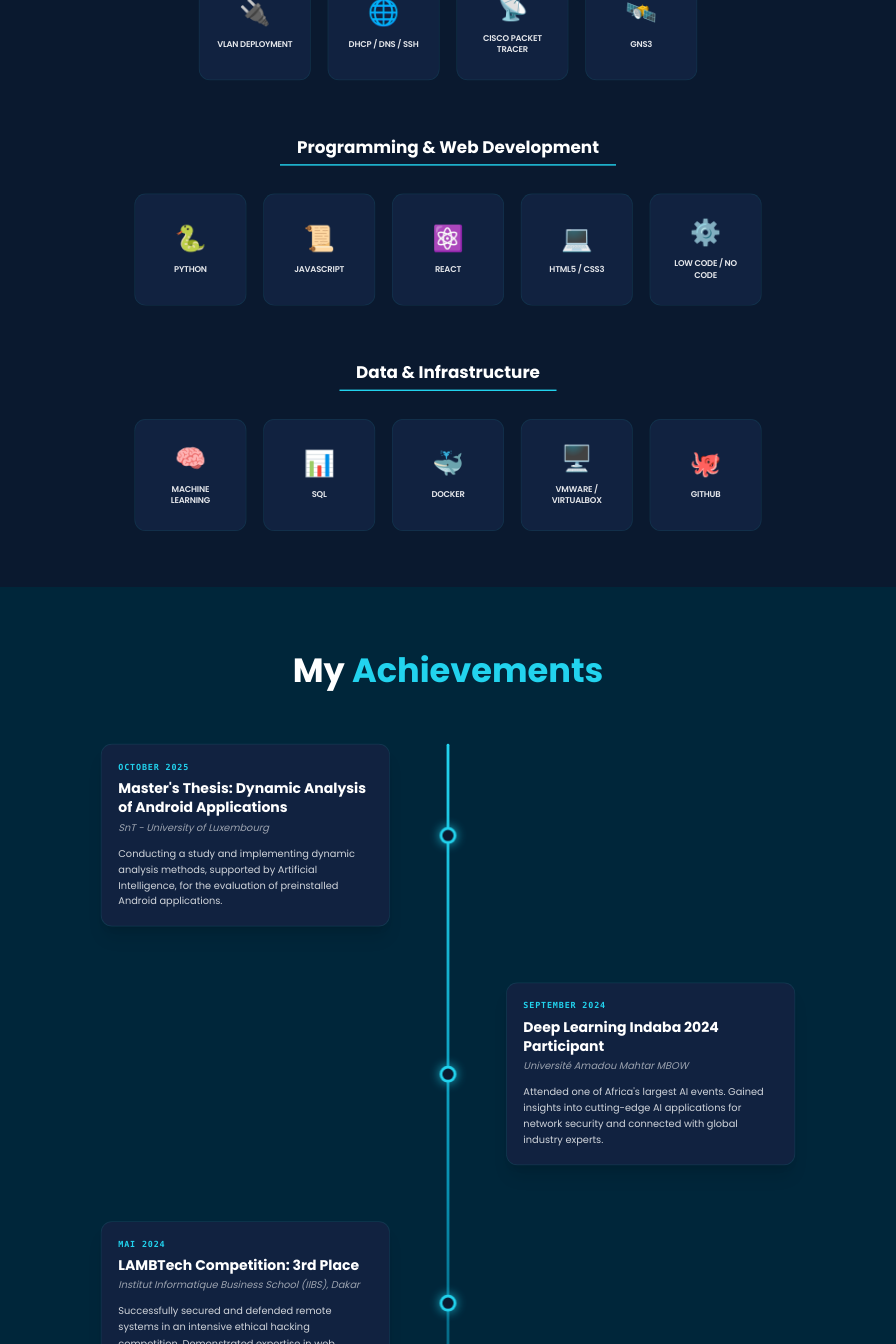
Repository: AntaaaKD/Mon-Portfolio
Page: /
An editor plug-in stored every save of this project. The page is shown before and after a run of saves, followed by the edit.
The browser window is 1280 px wide. The pictures show the part of the page from y = 2062 to 3982 px (the page is 4860 px tall), at 70% of full size.
The project was rebuilt for these pictures with package versions that can differ from the ones it lists, and the page was loaded fresh each time.

Above is the page before, as saved 2026-01-15 00:09:58.

### public/index.html
<!DOCTYPE html>
<html lang="en">
  <link href="https://fonts.googleapis.com/css2?family=Poppins:wght@400;600;700&display=swap" rel="stylesheet">
  <head>
    <meta charset="utf-8" />
    <link rel="icon" href="%PUBLIC_URL%/favicon.ico" />
    <meta name="viewport" content="width=device-width, initial-scale=1" />
    <meta name="theme-color" content="#000000" />
    <meta
      name="description"
      content="Web site created using create-react-app"
    />
    <link rel="apple-touch-icon" href="%PUBLIC_URL%/logo192.png" />
    <!--
      manifest.json provides metadata used when your web app is installed on a
      user's mobile device or desktop. See https://developers.google.com/web/fundamentals/web-app-manifest/
    -->
    <link rel="manifest" href="%PUBLIC_URL%/manifest.json" />
    <!--
      Notice the use of %PUBLIC_URL% in the tags above.
      It will be replaced with the URL of the `public` folder during the build.
      Only files inside the `public` folder can be referenced from the HTML.

      Unlike "/favicon.ico" or "favicon.ico", "%PUBLIC_URL%/favicon.ico" will
      work correctly both with client-side routing and a non-root public URL.
      Learn how to configure a non-root public URL by running `npm run build`.
    -->
    <title>React App</title>
  </head>
  <body>
    <noscript>You need to enable JavaScript to run this app.</noscript>
    <div id="root"></div>
    <!--
      This HTML file is a template.
      If you open it directly in the browser, you will see an empty page.

      You can add webfonts, meta tags, or analytics to this file.
      The build step will place the bundled scripts into the <body> tag.

      To begin the development, run `npm start` or `yarn start`.
      To create a production bundle, use `npm run build` or `yarn build`.
    -->
  </body>
</html>

### src/index.css
@tailwind base;
@tailwind components;
@tailwind utilities;

body {
  margin: 0;
  font-family: 'Poppins', sans-serif;
  -webkit-font-smoothing: antialiased;
  -moz-osx-font-smoothing: grayscale;
}

code {
  font-family: source-code-pro, Menlo, Monaco, Consolas, 'Courier New',
    monospace;
}

### src/App.js
import React from 'react';
import Navbar from './components/Navbar';
import Home from './components/Home';  // Ajoute cet import
import About from './components/About';
import Skills from './components/Skills';
import Achievements from './components/Achievements';

function App() {
  return (
    <div className="min-h-screen bg-custom-blue text-white">
      <Navbar />
      <main>
        <Home />  {/* Remplace le placeholder */}
        <About />
        <Skills />
        <Achievements />
        <section id="projects" className="py-16">Placeholder Projets</section>
        <section id="contact" className="py-16">Placeholder Contact</section>
      </main>
    </div>
  );
}

export default App;

### src/components/Navbar.jsx
import React, { useState, useEffect } from 'react';

const Navbar = () => {
  const [scrolled, setScrolled] = useState(false);

  useEffect(() => {
    const handleScroll = () => {
      if (window.scrollY > 50) {
        setScrolled(true);
      } else {
        setScrolled(false);
      }
    };

    window.addEventListener('scroll', handleScroll);
    return () => window.removeEventListener('scroll', handleScroll);
  }, []);

  return (
    <nav
        className={`p-4 sticky top-0 z-10 transition-all duration-300 ${
            scrolled
            ? 'bg-custom-blue bg-opacity-0 backdrop-blur-md'  // Semi-transparent (30%) + blur fort
            : 'bg-custom-blue'  // Bleu solide au top
        }`}
    >
        <div className="container mx-auto flex justify-between items-center">
            <h1 className="text-xl font-bold text-blue-text">AD</h1>
            <ul className="flex space-x-6 text-white">
            <li><a href="#home" className="hover:text-cyan-300">Home</a></li>
            <li><a href="#about" className="hover:text-cyan-300">About</a></li>
            <li><a href="#skills" className="hover:text-cyan-300">Skills</a></li>
            <li><a href="#achievements" className="hover:text-cyan-300">Achievements</a></li>
            <li><a href="#projects" className="hover:text-cyan-300">Projects</a></li>
            <li><a href="#contact" className="hover:text-cyan-300">Contact</a></li>
            </ul>
        </div>
    </nav>
  );
};

export default Navbar;

### src/components/Home.jsx
import React, { useEffect, useRef } from 'react';
import Typed from 'typed.js';

const Home = () => {
  // Création d'une référence pour l'élément qui accueillera l'animation
  const el = useRef(null);

  useEffect(() => {
    const typed = new Typed(el.current, {
      strings: [
        "Cybersecurity Engineer",
        "Founder of Sa Muse",
      ],
      typeSpeed: 100,
      backSpeed: 90,
      loop: true,
    });

    // Nettoyage de l'animation pour éviter les bugs de mémoire
    return () => {
      typed.destroy();
    };
  }, []);

  return (
    <section id="home" className="flex flex-col items-center justify-center h-screen text-center px-4">
      <h1 className="text-6xl font-bold mb-4">
        Hi, I'm <span className="text-blue-text">Anta DIOP</span>
      </h1>

      {/* On applique la ref ici pour l'animation */}
      <h2 className="text-2xl font-bold text-cyan-400 mb-6 h-8">
        <span ref={el}></span>
      </h2>

      <p className="text-lg mb-8 max-w-2xl">
        A Cybersecurity Engineer, I am passionate about analyzing, protecting, and detecting threats across systems and networks.
        I am also particularly interested in artificial intelligence applied to cybersecurity, a field that offers highly promising perspectives.
      </p>

      <div className="flex space-x-4">
        <a href="#projects" className="bg-blue-text text-lg px-6 py-3 rounded-full hover:bg-cyan-400 transition">
            View my Projects
        </a>
        <a href="/cv.pdf" download className="px-6 py-3 rounded-full border border-cyan-500 text-lg hover:bg-cyan-500 hover:text-custom-blue transition">
            Download CV
        </a>
      </div>
    </section>
  );
};

export default Home;

### src/components/About.jsx
import React from 'react';

const About = () => {
  return (
    <section id="about" className="py-20 px-4 bg-custom-blue text-white">
      <div className="max-w-6xl mx-auto">
        {/* Titre de la section */}
        <h2 className="text-4xl font-bold text-center mb-16">
          About <span className="text-cyan-400">Me</span>
        </h2>

        <div className="flex flex-col md:flex-row items-center justify-between gap-12">

          {/* Colonne Image avec l'effet de halo bleu */}
          <div className="relative w-64 h-64 md:w-80 md:h-80">
            <div className="absolute inset-0 rounded-full bg-cyan-400 opacity-20 blur-2xl animate-pulse"></div>
            <div className="relative w-full h-full rounded-full border-4 border-cyan-400 overflow-hidden shadow-[0_0_20px_rgba(34,211,238,0.5)]">
              <img
                src="/image1.png"
                alt="Anta DIOP"
                className="w-full h-full object-cover"
              />
            </div>
          </div>

          {/* Colonne Texte */}
          <div className="flex-1 text-center md:text-left">
            <h3 className="text-xl mb-4">
              Hello, I'm <span className="text-cyan-400 font-bold">Anta DIOP</span>
            </h3>
            <p className="text-gray-300 mb-6 leading-relaxed">
              I am a Cybersecurity Systems Engineer, graduated from the École Supérieure Polytechnique of Dakar.
              My journey began with a degree in Telecoms and Networks, leading me to specialize in IT Security.
              I am also deeply interested in Artificial Intelligence, especially its role in enhancing cybersecurity.
            </p>
            <p className="text-gray-300 mb-8 leading-relaxed">
              Alongside my engineering path, I founded <span className="text-cyan-400 font-bold"> Sa Muse: Awaken the muse within you</span>.
              What started as a creative hobby: crochet, evolved into a bespoke clothing business. This venture allows me to channel my creativity while managing an entrepreneurial project I truly love.
            </p>

            {/* Cartes de statistiques (comme sur le modèle) */}
            <div className="flex flex-wrap justify-center md:justify-start gap-4">
              <div className="bg-[#112240] p-4 rounded-xl border border-cyan-900 w-40">
                <p className="text-cyan-400 font-bold text-xl">4+ years</p>
                <p className="text-xs text-gray-400">Experience</p>
              </div>
              <div className="bg-[#112240] p-4 rounded-xl border border-cyan-900 w-40">
                <p className="text-cyan-400 font-bold text-xl">7+ projects</p>
                <p className="text-xs text-gray-400">Completed</p>
              </div>
              <div className="bg-[#112240] p-4 rounded-xl border border-cyan-900 w-40">
                <p className="text-cyan-400 font-bold text-xl">Graduate</p>
                <p className="text-xs text-gray-400">Engineer</p>
              </div>
            </div>
          </div>

        </div>
      </div>
    </section>
  );
};

export default About;

### src/components/Skills.jsx
import React from 'react';

const Skills = () => {
  const skillCategories = [
    {
      domain: "Cybersecurity & OS",
      tools: [
        { name: 'Scan & Pentest Tools', icon: '🛡️' },
        { name: 'Kali / Ubuntu Linux', icon: '🐧' },
        { name: 'Windows Server', icon: '🗄️' },
        { name: 'Metasploit', icon: '🛡️' },
        { name: 'Wireshark', icon: '🦈' }
      ]
    },
    {
      domain: "Networks & Simulation",
      tools: [
        { name: 'VLAN Deployment', icon: '🔌' },
        { name: 'DHCP / DNS / SSH', icon: '🌐' },
        { name: 'Cisco Packet Tracer', icon: '📡' },
        { name: 'GNS3', icon: '🛰️' }
      ]
    },
    {
      domain: "Programming & Web Development",
      tools: [
        { name: 'Python', icon: '🐍' },
        { name: 'JavaScript', icon: '📜' },
        { name: 'React', icon: '⚛️' },
        { name: 'HTML5 / CSS3', icon: '💻' },
        { name: 'Low Code / No Code', icon: '⚙️' },
      ]
    },
    {
      domain: "Data & Infrastructure",
      tools: [
        { name: 'Machine Learning', icon: '🧠' },
        { name: 'SQL', icon: '📊' },
        { name: 'Docker', icon: '🐳' },
        { name: 'VMware / Virtualbox', icon: '🖥️' },
        { name: 'GitHub', icon: '🐙' }
      ]
    }
  ];

  return (
    <section id="skills" className="py-20 bg-[#0a192f] text-white">
      <div className="max-w-6xl mx-auto px-4">
        <h2 className="text-5xl font-bold text-center mb-20 text-cyan-400 uppercase tracking-widest">
          Skills & <span className="text-white">Technologies</span>
        </h2>

        <div className="space-y-20">
          {skillCategories.map((category, idx) => (
            <div key={idx} className="flex flex-col items-center">
              {/* Titre du domaine bien centré */}
              <h3 className="text-2xl font-bold mb-10 text-white border-b-2 border-cyan-400 pb-2 px-6">
                {category.domain}
              </h3>

              {/* Grille des outils centrée */}
              <div className="flex flex-wrap justify-center gap-6 w-full">
                {category.tools.map((tool, index) => (
                  <div
                    key={index}
                    className="bg-[#112240] p-6 rounded-2xl border border-cyan-900/40 flex flex-col items-center justify-center w-40 h-40 transition-all duration-300 hover:border-cyan-400 hover:-translate-y-2 hover:shadow-[0_0_20px_rgba(34,211,238,0.15)] group"
                  >
                    <div className="text-4xl mb-4 group-hover:scale-110 transition-transform">
                      {tool.icon}
                    </div>
                    <h4 className="text-xs font-semibold text-gray-200 text-center uppercase tracking-tight">
                      {tool.name}
                    </h4>
                  </div>
                ))}
              </div>
            </div>
          ))}
        </div>
      </div>
    </section>
  );
};

export default Skills;

### src/components/Achievements.jsx
import React from 'react';

const Achievements = () => {
  const achievements = [
    {
      date: "October 2025",
      title: "Master's Thesis: Dynamic Analysis of Android Applications ",
      institution: "SnT - University of Luxembourg",
      description: "Conducting a study and implementing dynamic analysis methods, supported by Artificial Intelligence, for the evaluation of preinstalled Android applications.",
    },
    {
      date: "September 2024",
      title: "Deep Learning Indaba 2024 Participant",
      institution: "Université Amadou Mahtar MBOW",
      description: "Attended one of Africa's largest AI events. Gained insights into cutting-edge AI applications for network security and connected with global industry experts.",
    },
    {
      date: "Mai 2024",
      title: "LAMBTech Competition: 3rd Place",
      institution: "Institut Informatique Business School (IIBS), Dakar",
      description: "Successfully secured and defended remote systems in an intensive ethical hacking competition. Demonstrated expertise in web vulnerability exploitation and team leadership.",
    },
    {
      date: "June 2022 - July 2022",
      title: "Undergraduate Project: Network Security Hardening",
      institution: "École Supérieure Polytechnique de Dakar (ESP)",
      description: "Architected a secure infrastructure using Cisco technologies, implementing ACLs, encrypted VPN tunnels, and robust AAA authentication mechanisms.",
    }
  ];

return (
    <section id="achievements" className="w-full py-24 bg-transparent text-white">
      <div className="max-w-5xl mx-auto px-4">

        <div className="text-center mb-20">
          <h2 className="text-5xl font-extrabold">
            My <span className="text-cyan-400">Achievements</span>
          </h2>
        </div>

        {/* Conteneur de la Timeline */}
        <div className="relative">

          {/* LA LIGNE EN DÉGRADÉ : Centrée à gauche */}
          <div className="absolute left-4 md:left-1/2 transform md:-translate-x-1/2 w-1 h-full bg-gradient-to-b from-cyan-400 via-cyan-600 to-transparent rounded-full"></div>

          {achievements.map((item, index) => (
            <div key={index} className={`relative flex items-center justify-between mb-20 w-full ${index % 2 === 0 ? 'md:flex-row-reverse' : 'md:flex-row'}`}>

              {/* L'ESPACE VIDE (pour le côté opposé à la carte sur desktop) */}
              <div className="hidden md:block w-5/12"></div>

              {/* LE POINT : Parfaitement centré sur la ligne */}
              <div className="absolute left-4 md:left-1/2 transform -translate-x-1/2 w-6 h-6 rounded-full bg-[#0a192f] border-4 border-cyan-400 z-20 shadow-[0_0_15px_rgba(34,211,238,0.8)]">
                <div className="w-full h-full rounded-full animate-ping bg-cyan-400 opacity-20"></div>
              </div>

              {/* LA CARTE : Design élégant */}
              <div className="w-full md:w-5/12 ml-12 md:ml-0 bg-[#112240] p-6 rounded-2xl border border-cyan-900/50 hover:border-cyan-400/50 transition-all duration-300 shadow-xl">
                <span className="text-cyan-400 font-mono text-xs font-bold uppercase tracking-widest block mb-2">
                  {item.date}
                </span>
                <h3 className="text-xl font-bold text-white mb-1">
                  {item.title}
                </h3>
                <h4 className="text-gray-400 text-sm italic mb-4">
                  {item.institution}
                </h4>
                <p className="text-gray-300 text-sm leading-relaxed">
                  {item.description}
                </p>
              </div>

            </div>
          ))}
        </div>
      </div>
    </section>
  );
};

export default Achievements;

### tailwind.config.js
/** @type {import('tailwindcss').Config} */
module.exports = {
  content: [
    "./src/**/*.{js,jsx,ts,tsx}",
  ],
  theme: {
    extend: {
      colors: {
        'custom-blue': 'rgb(0, 38, 58)',  // Ton bleu exact ici
        'blue-text': 'rgb(1, 120, 160)',
      },
    },
  },
  plugins: [],
};

Loaded but not shown: src/index.js (common file); src/reportWebVitals.js (common file)

After the next 3 saves:
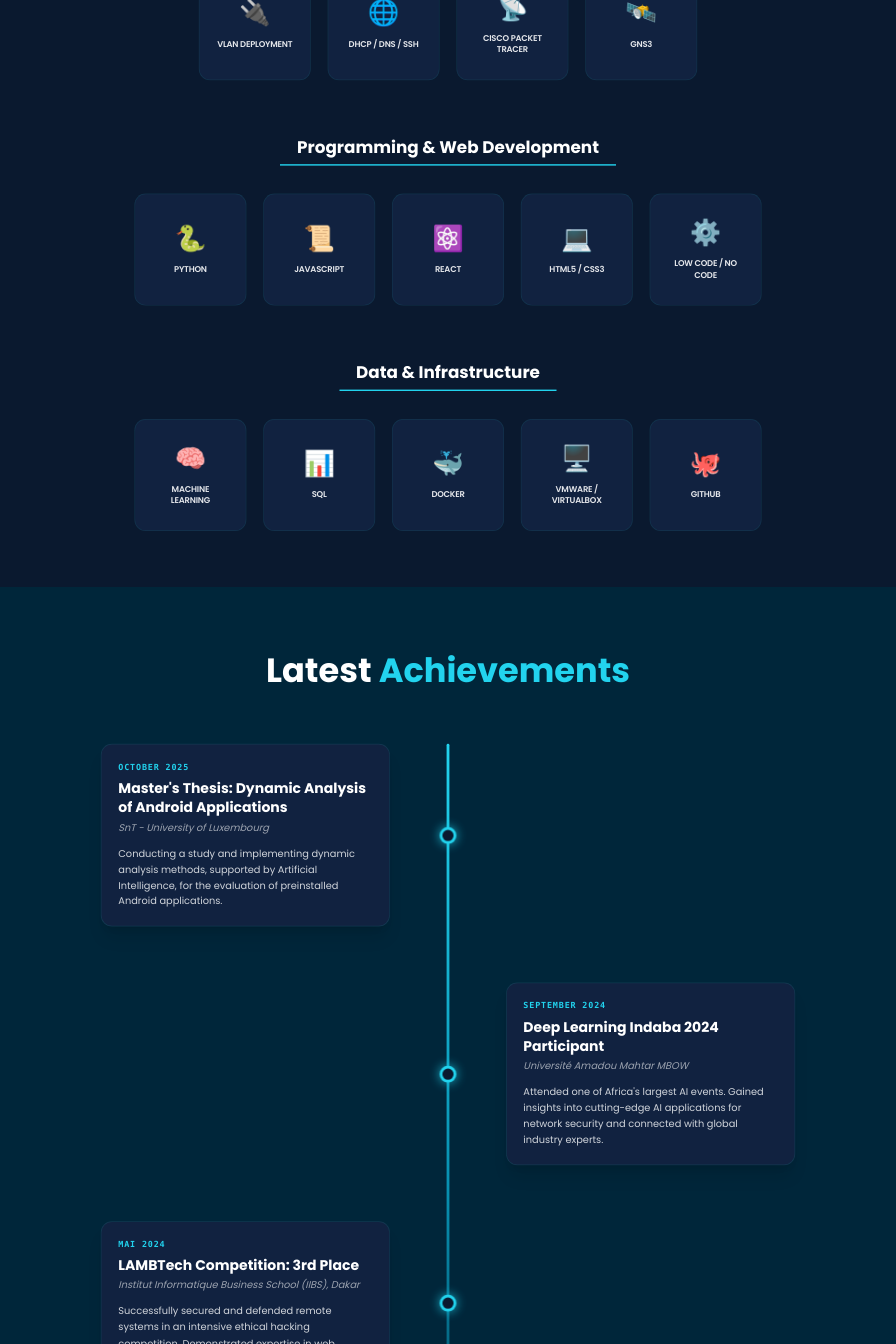
The 3 saves are shown as one change because they came seconds apart.
The last was saved 29 s later.
--- a/src/components/Achievements.jsx
+++ b/src/components/Achievements.jsx
@@ -34,7 +34,7 @@ return (
 
         <div className="text-center mb-20">
           <h2 className="text-5xl font-extrabold">
-            My <span className="text-cyan-400">Achievements</span>
+            Latest <span className="text-cyan-400">Achievements</span>
           </h2>
         </div>
 
